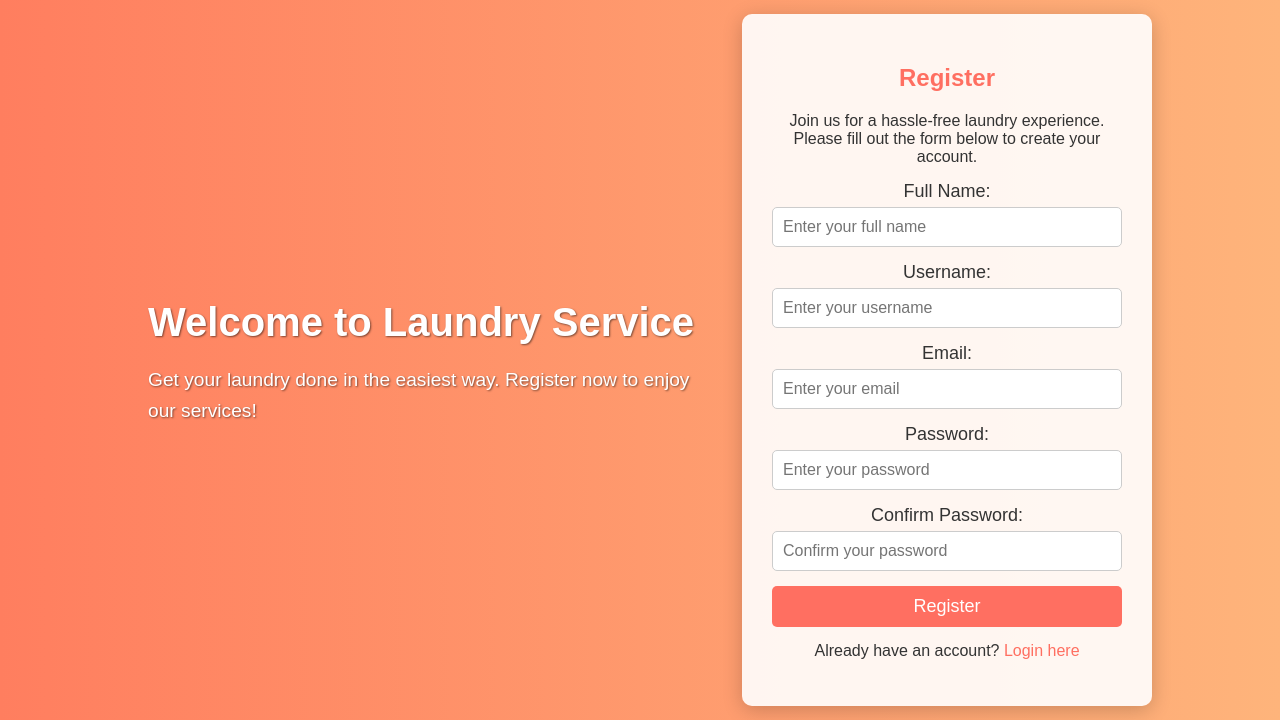
Repository: wmrmweerakoon/Online-Laundry-Management-System
Page: http://localhost/LaundryManagementSystem/Register.jsp
These files come from the project's save history. The page is drawn as it stood at one moment and after the next save; the edit follows.
The browser window is 1280 px wide. The pictures show the whole page.
The page is served by Tomcat 9. Other server files are loaded and not shown.

Above is the page before, as saved 2024-10-07 09:47:35.

### Projects/LaundryManagementSystem/src/main/webapp/Register.jsp
<%@ page language="java" contentType="text/html; charset=UTF-8"
    pageEncoding="UTF-8"%>
<!DOCTYPE html>
<html lang="en">
<head>
    <meta charset="UTF-8">
    <meta name="viewport" content="width=device-width, initial-scale=1.0">
    <title>Register - Online Laundry Management System</title>
    <link rel="stylesheet" href="CSS/Register.css">
</head>
<body>
    <div class="register-background">
        <!-- Updated content-container div for layout -->
        <div class="content-container">
            <!-- Text content side-by-side with form -->
            <div class="text-content">
                <h1>Welcome to Laundry Service</h1>
                <p>Get your laundry done in the easiest way. Register now to enjoy our services!</p>
            </div>

            <!-- Register form container -->
            <div class="register-container">
                <h2>Register</h2>
                <p class="info-text">Join us for a hassle-free laundry experience. Please fill out the form below to create your account.</p>

                <form id="registerForm" action="RegisterServlet" method="POST" onsubmit="return validateForm()">
                    <div class="form-group">
                        <label for="fullname">Full Name:</label>
                        <input type="text" id="fullname" name="fullname" placeholder="Enter your full name" required>
                    </div>
                    <div class="form-group">
                        <label for="username">Username:</label>
                        <input type="text" id="username" name="username" placeholder="Enter your username" required>
                    </div>
                    <div class="form-group">
                        <label for="email">Email:</label>
                        <input type="email" id="email" name="email" placeholder="Enter your email" required>
                    </div>
                    <div class="form-group">
                        <label for="password">Password:</label>
                        <input type="password" id="password" name="password" placeholder="Enter your password" required>
                    </div>
                    <div class="form-group">
                        <label for="confirmPassword">Confirm Password:</label>
                        <input type="password" id="confirmPassword" name="confirmPassword" placeholder="Confirm your password" required>
                    </div>
                    <button type="submit">Register</button>
                </form>
                <p>Already have an account? <a href="Login.jsp">Login here</a></p>
            </div>
        </div>
    </div>

    <script>
        function validateForm() {
            const fullname = document.getElementById('fullname').value.trim();
            const username = document.getElementById('username').value.trim();
            const email = document.getElementById('email').value.trim();
            const password = document.getElementById('password').value;
            const confirmPassword = document.getElementById('confirmPassword').value;

            let valid = true;
            let errorMessage = "";

            clearErrors();

            // Validate Full Name
            if (fullname === "") {
                valid = false;
                errorMessage = "Full Name is required.";
                showError('fullname', errorMessage);
            }

            // Validate Username
            if (username === "") {
                valid = false;
                errorMessage = "Username is required.";
                showError('username', errorMessage);
            }

            // Validate Email
            if (email === "") {
                valid = false;
                errorMessage = "Email is required.";
                showError('email', errorMessage);
            } else if (!validateEmail(email)) {
                valid = false;
                errorMessage = "Invalid email format.";
                showError('email', errorMessage);
            }

            // Validate Password
            if (password === "") {
                valid = false;
                errorMessage = "Password is required.";
                showError('password', errorMessage);
            } else if (password.length < 8) {
                valid = false;
                errorMessage = "Password must be at least 8 characters long.";
                showError('password', errorMessage);
            }

            // Validate Confirm Password
            if (confirmPassword === "") {
                valid = false;
                errorMessage = "Please confirm your password.";
                showError('confirmPassword', errorMessage);
            } else if (password !== confirmPassword) {
                valid = false;
                errorMessage = "Passwords do not match.";
                showError('confirmPassword', errorMessage);
            }

            return valid;
        }

        function showError(inputId, message) {
            const errorElement = document.createElement('span');
            errorElement.className = 'error';
            errorElement.textContent = message;

            const inputField = document.getElementById(inputId);
            inputField.parentNode.insertBefore(errorElement, inputField.nextSibling);
        }

        function clearErrors() {
            const errorElements = document.querySelectorAll('.error');
            errorElements.forEach(element => {
                element.remove();
            });
        }

        function validateEmail(email) {
            const emailPattern = /^[^\s@]+@[^\s@]+\.[^\s@]+$/;
            return emailPattern.test(email);
        }
    </script>
</body>
</html>

### Projects/LaundryManagementSystem/src/main/webapp/CSS/Register.css
@charset "UTF-8";

body {
    font-family: 'Arial', sans-serif;
    margin: 0;
    padding: 0;
    height: 100vh;
    display: flex;
    justify-content: center;
    align-items: center;
    background: linear-gradient(to right, #ff7e5f, #feb47b); /* Gradient background */
}

.register-background {
    display: flex;
    justify-content: center;
    align-items: center;
    width: 100%;
    height: 100%;
    background: linear-gradient(to right, #ff7e5f, #feb47b); /* Matching gradient */
}

.content-container {
    display: flex;
    width: 80%;
    max-width: 1200px;
    justify-content: space-between;
    align-items: center;
    color: white;
}

.text-content {
    flex: 1;
    padding: 20px;
    color: #fff;
    font-size: 1.2rem;
    text-shadow: 1px 1px 2px rgba(0, 0, 0, 0.5); /* Text shadow for clarity on gradient */
}

.text-content h1 {
    font-size: 2.5rem;
    margin-bottom: 20px;
}

.text-content p {
    line-height: 1.6;
    margin-bottom: 20px;
}

.register-container {
    background-color: rgba(255, 255, 255, 0.9);
    padding: 30px; /* Reduced padding for height */
    border-radius: 10px;
    box-shadow: 0 4px 20px rgba(0, 0, 0, 0.2);
    width: 350px; /* Adjusted width for a more compact design */
    text-align: center;
    color: #333; /* Ensuring better contrast for form text */
}

h2 {
    color: #ff6f61;
    margin-bottom: 20px; /* Reduced margin */
}

.info-text {
    margin-bottom: 15px; /* Reduced margin */
    color: #333;
}

.form-group {
    margin-bottom: 15px; /* Reduced margin */
}

label {
    font-size: 18px;
    color: #333;
}

input[type="text"],
input[type="email"],
input[type="password"] {
    width: 100%;
    padding: 10px; /* Slightly reduced padding */
    margin-top: 5px; /* Reduced margin */
    border: 1px solid #ccc;
    border-radius: 5px;
    font-size: 16px;
    box-sizing: border-box; /* Ensure consistent sizing */
    transition: border-color 0.3s;
}

input:focus {
    border-color: #ff6f61;
}

button {
    width: 100%;
    padding: 10px; /* Slightly reduced padding */
    background-color: #ff6f61;
    color: #fff;
    border: none;
    border-radius: 5px;
    font-size: 18px;
    cursor: pointer;
    transition: background-color 0.3s;
}

button:hover {
    background-color: #ff4824;
}

.error {
    color: red;
    font-size: 14px;
    margin-top: 5px;
    margin-bottom: 10px;
}

p {
    margin-top: 15px;
}

p a {
    color: #ff6f61;
    text-decoration: none;
}

p a:hover {
    text-decoration: underline;
}

After the next save:
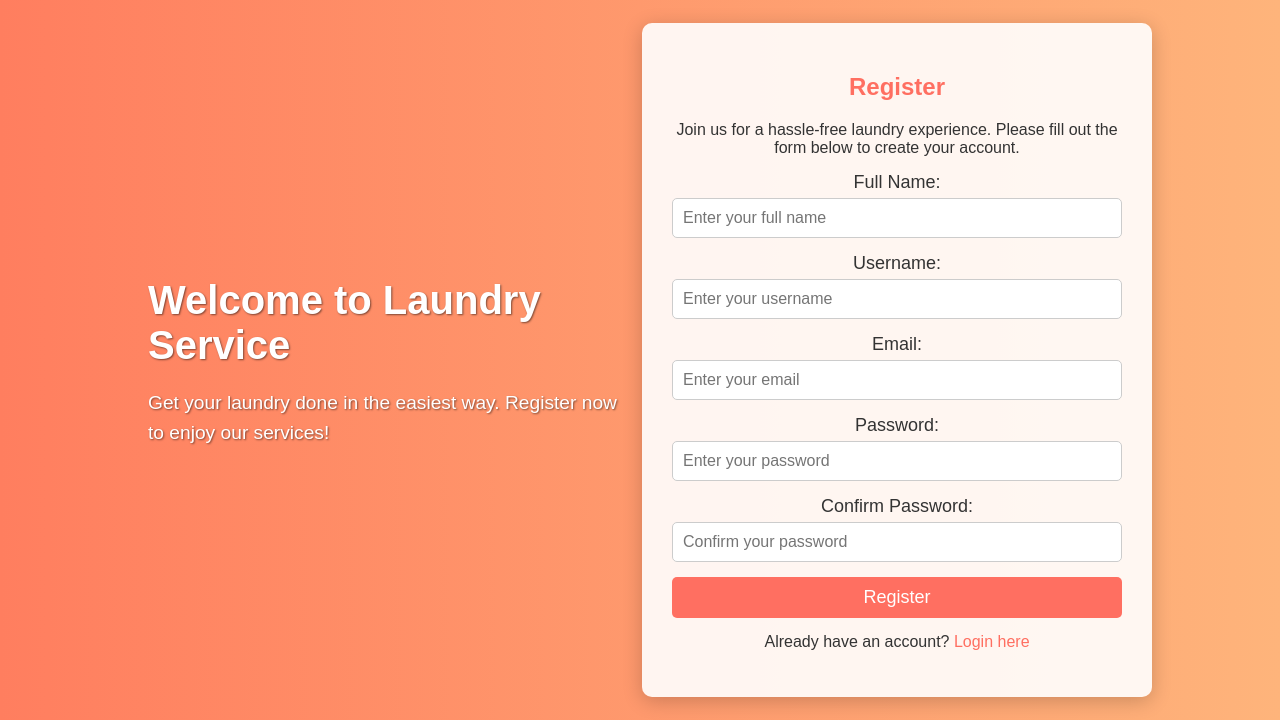
Saved 107 s later.
--- a/Projects/LaundryManagementSystem/src/main/webapp/CSS/Register.css
+++ b/Projects/LaundryManagementSystem/src/main/webapp/CSS/Register.css
@@ -49,10 +49,10 @@ body {
 
 .register-container {
     background-color: rgba(255, 255, 255, 0.9);
-    padding: 30px; /* Reduced padding for height */
+    padding: 30px; /* Padding */
     border-radius: 10px;
     box-shadow: 0 4px 20px rgba(0, 0, 0, 0.2);
-    width: 350px; /* Adjusted width for a more compact design */
+    width: 450px; /* Increased width */
     text-align: center;
     color: #333; /* Ensuring better contrast for form text */
 }
